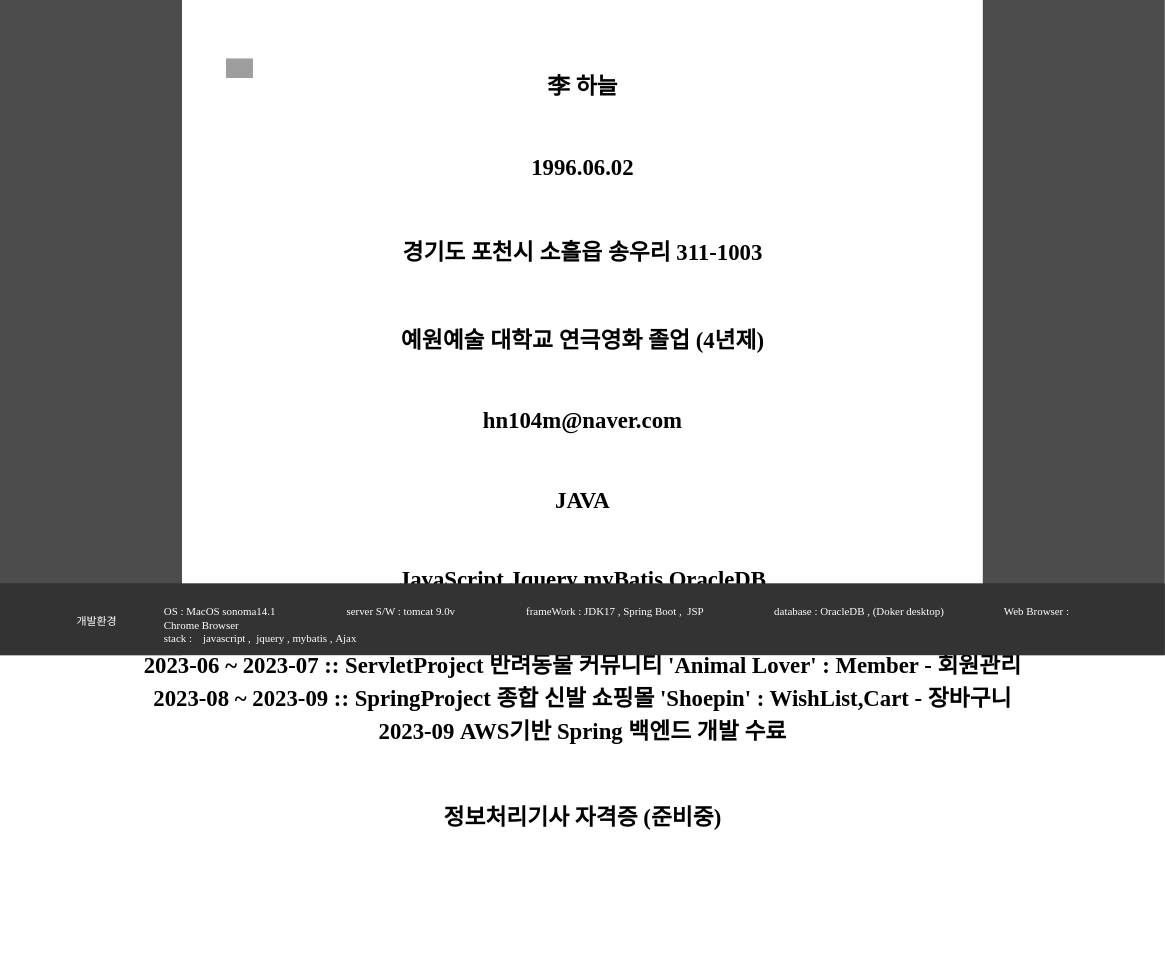
Repository: LeeHaNeul96/Leehaneul
Page: http://localhost/com.introduce/WEB-INF/views/more.jsp
An editor plug-in stored every save of this project. The page is shown before and after the next save, followed by the edit.
The browser window is 1280 px wide. The pictures show the whole page, at 91% of full size.
Pictures or frames that could not be fetched are drawn as grey boxes. The page is served by Tomcat 9. Nobody is signed in. Other server files are loaded and not shown. The template is opened directly, without the code that normally fills it, so the values that code supplies are empty.

Above is the page before, as saved 2023-10-31 09:39:20.

### com.introduce/src/main/webapp/WEB-INF/views/more.jsp
<%@ page language="java" contentType="text/html; charset=UTF-8"
    pageEncoding="UTF-8"%>
<!DOCTYPE html>
<html>
<head>
<meta charset="UTF-8">
<title>Insert title here</title>
<script src="https://code.jquery.com/jquery-3.6.0.min.js"></script>

<style type="text/css">
.footer {
	text-align: center;
	padding: 2em 0;
	background-color: #333;
	color: #fff;
	position: fixed;
	bottom: 0;
	left: 0; /* 왼쪽 위치를 0으로 설정합니다. */
	height: 15px;
	width: 100%;
	margin: 0; /* 마진을 0으로 설정합니다. */
}

.footer-dev {
	font-size: 12px;
	text-align: left;
	padding-left: 7em;
}

.footer-content {
	position: absolute; /* 절대 위치 설정 */
	top: 1em; /* 위쪽으로 1em 이동 */
	padding: 1em 8em; /* 양 옆 여백을 설정합니다. */
	height: 200px;
}

.container{
margin-top: 3em;
margin-bottom: 10em;

text-align: center;


}
.left-margin {
 background-color: rgba(0, 0, 0, 0.7); /* 알파 값을 조절하여 투명도 설정 */

    height: 100%;
    width: 200px; /* 원하는 너비로 조절하세요. */
    position: fixed;
    top: 0;
    left: 0;
    z-index: -1;
}

/* 오른쪽 여백 스타일 */
.right-margin {
 background-color: rgba(0, 0, 0, 0.7); /* 알파 값을 조절하여 투명도 설정 */
    height: 100%;
    width: 200px; /* 원하는 너비로 조절하세요. */
    position: fixed;
    top: 0;
    right: 0;
    z-index: -1;
}

h2 {
    font-size: 36px; /* 예를 들어, 원하는 크기로 설정 */
    transition: font-size 1s; /* 글씨 크기 변경에 애니메이션 적용 (선택사항) */
}
</style>
</head>
<body>
<script>
$(function() {
    // 모든 h2 태그를 선택하여 배열로 저장합니다.
    var $h2Elements = $("h2");

    // 초기에 모든 h2 태그의 크기를 설정합니다.
    $h2Elements.css("font-size", "36px");

    // 1초(1000 밀리초)마다 h2 태그 배열을 순회하면서 글꼴 크기를 작게 설정합니다.
    var index = 0;
    var interval = setInterval(function() {
        if (index < $h2Elements.length) {
            $h2Elements.eq(index).css("font-size", "25px");
            index++;
        } else {
            clearInterval(interval); // 모든 h2 태그를 처리하면 setInterval을 멈춥니다.
        }
    }, 20); // 1초마다 실행
});
</script>


<div class="left-margin"></div>
<div class="right-margin"></div>

<a href="/main/view"><img style="width:30px; text-align:left; margin-left:15em; margin-top: 3em; margin-bottom: -4em;" alt="" src="/images/free-icon-go-back-left-arrow-61022.png"></a>
<div class="container">
<h2>李 하늘</h2><br>
<h2>1996.06.02</h2><br>
<h2>경기도 포천시 소흘읍 송우리 311-1003<br></h2><br>
<h2>예원예술 대학교 연극영화 졸업 (4년제)</h2><br>
<h2>hn104m@naver.com</h2><br>
<h2>JAVA</h2><br>
<h2>JavaScript  Jquery  myBatis  OracleDB</h2><br>
<h2>2023-06 ~ 2023-07 :: ServletProject 반려동물 커뮤니티 'Animal Lover' : Member - 회원관리<br>
2023-08 ~ 2023-09 :: SpringProject 종합 신발 쇼핑몰 'Shoepin' : WishList,Cart - 장바구니<br>
2023-09 AWS기반 Spring 백엔드 개발 수료
</h2><br>
<h2>정보처리기사 자격증 (준비중)<br>
</h2>

</div>



	<div class="footer">
		<div class="footer-dev">
			개발환경
			<div class="footer-content">
				OS : MacOS sonoma14.1
				&nbsp;&nbsp;&nbsp;&nbsp;&nbsp;&nbsp;&nbsp;&nbsp;&nbsp;&nbsp;&nbsp;&nbsp;&nbsp;&nbsp;&nbsp;&nbsp;&nbsp;&nbsp;&nbsp;&nbsp;&nbsp;&nbsp;&nbsp;&nbsp;
				server S/W : tomcat
				9.0v&nbsp;&nbsp;&nbsp;&nbsp;&nbsp;&nbsp;&nbsp;&nbsp;&nbsp;&nbsp;&nbsp;&nbsp;
				&nbsp;&nbsp;&nbsp;&nbsp;&nbsp;&nbsp;&nbsp;&nbsp;&nbsp;&nbsp;&nbsp;&nbsp;
				frameWork : JDK17&nbsp;,&nbsp;Spring Boot&nbsp;, &nbsp;JSP
				&nbsp;&nbsp;&nbsp;&nbsp;&nbsp;&nbsp;&nbsp;&nbsp;&nbsp;&nbsp;&nbsp;&nbsp;&nbsp;&nbsp;&nbsp;&nbsp;&nbsp;&nbsp;&nbsp;&nbsp;&nbsp;&nbsp;&nbsp;&nbsp;
				database : OracleDB&nbsp;,&nbsp;(Doker desktop)
				&nbsp;&nbsp;&nbsp;&nbsp;&nbsp;&nbsp;&nbsp;&nbsp;&nbsp;&nbsp;&nbsp;&nbsp;&nbsp;&nbsp;&nbsp;&nbsp;&nbsp;&nbsp;&nbsp;&nbsp;
				Web Browser : Chrome Browser<br> stack :&nbsp;&nbsp;&nbsp;
				javascript&nbsp;,&nbsp; jquery&nbsp;,&nbsp;mybatis&nbsp;,&nbsp;Ajax
			</div>
		</div>
	</div>
</body>
</html>

After the next save:
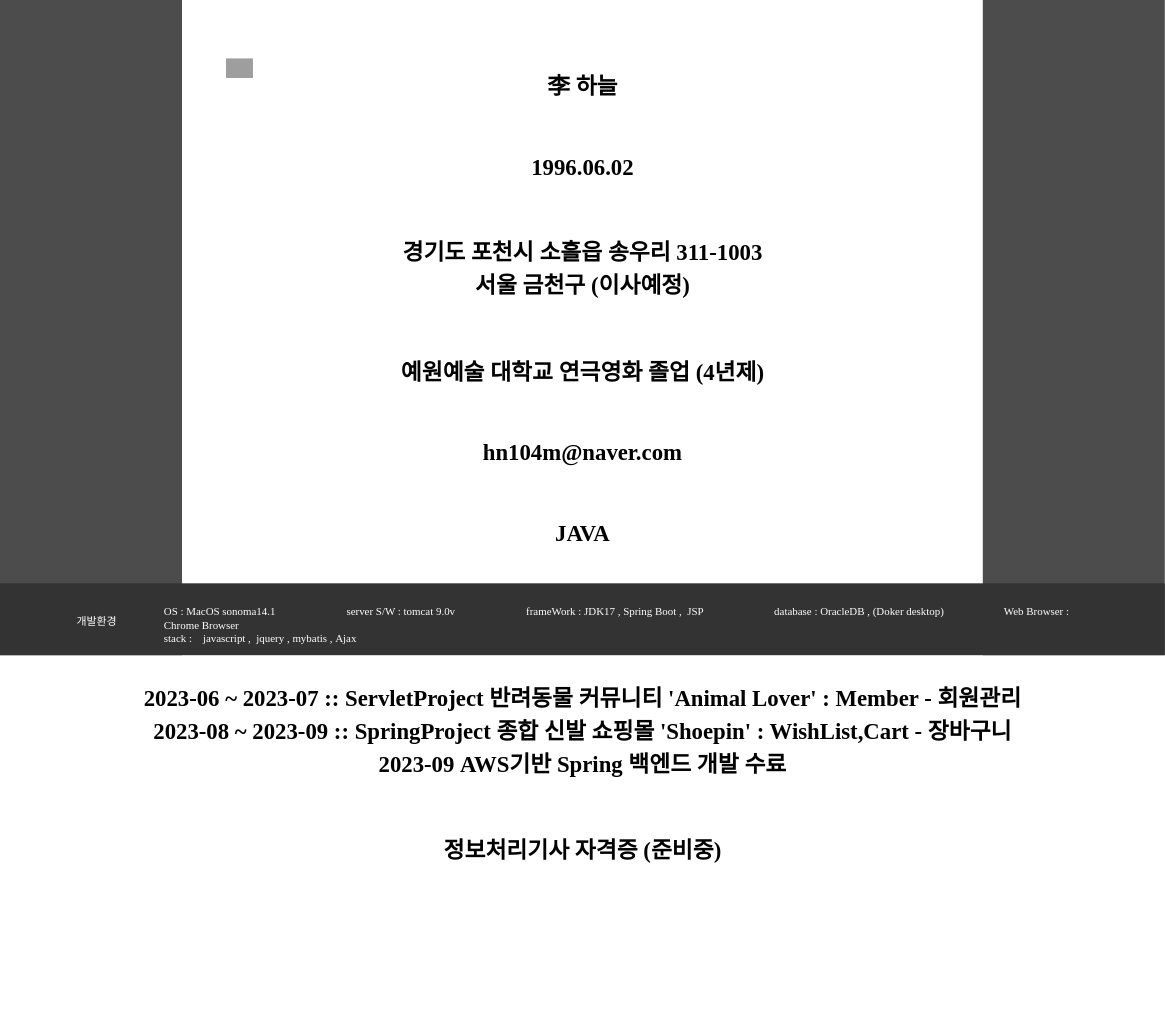
Saved 11 s later.
--- a/com.introduce/src/main/webapp/WEB-INF/views/more.jsp
+++ b/com.introduce/src/main/webapp/WEB-INF/views/more.jsp
@@ -100,7 +100,9 @@ $(function() {
 <div class="container">
 <h2>李 하늘</h2><br>
 <h2>1996.06.02</h2><br>
-<h2>경기도 포천시 소흘읍 송우리 311-1003<br></h2><br>
+<h2>경기도 포천시 소흘읍 송우리 311-1003<br>
+서울 금천구 (이사예정)
+</h2><br>
 <h2>예원예술 대학교 연극영화 졸업 (4년제)</h2><br>
 <h2>hn104m@naver.com</h2><br>
 <h2>JAVA</h2><br>
